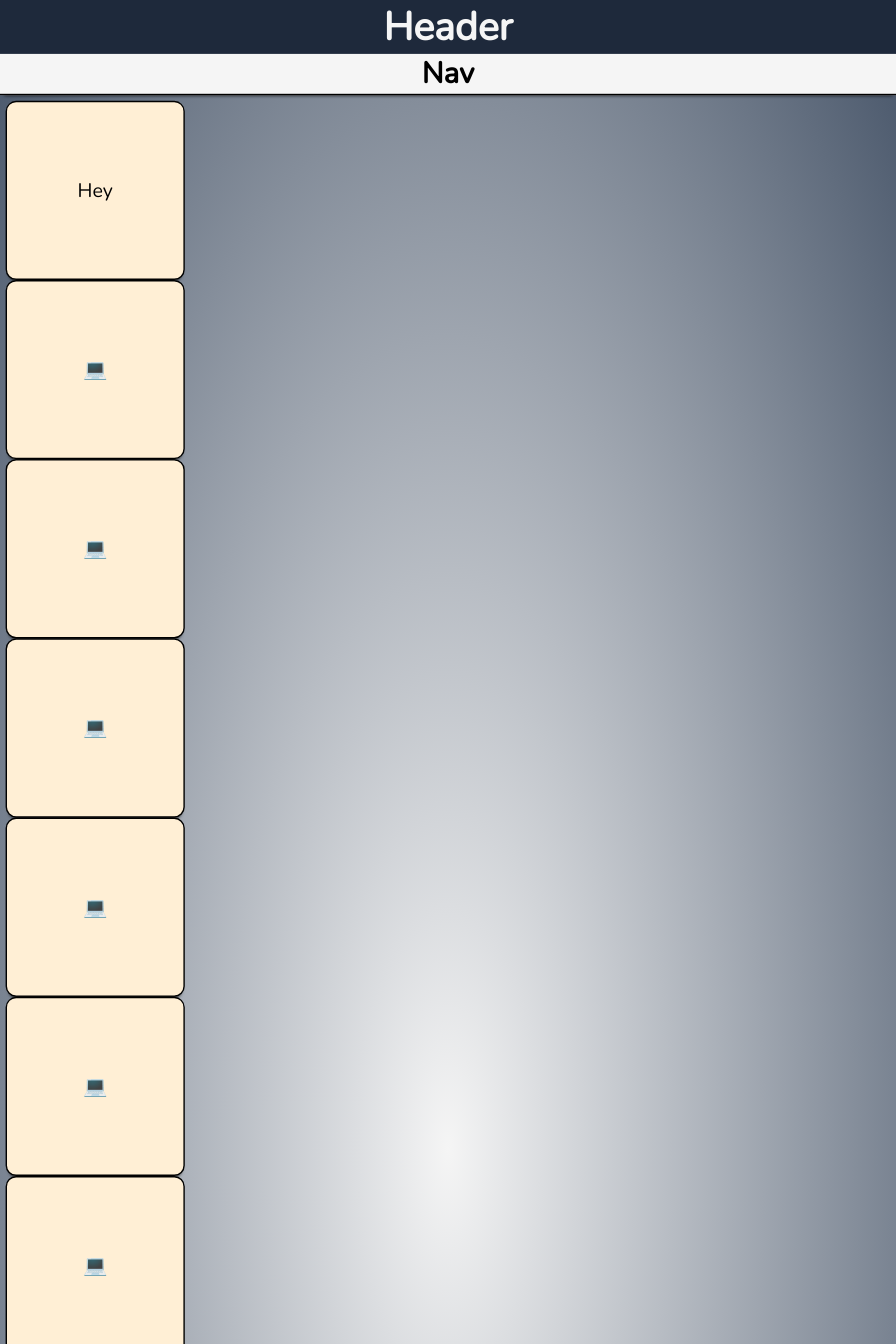
Repository: JavaProgrammerFromEastEurope/project-css-full-tutorial
Page: 21_lesson/index.html
These files come from the project's save history. The page is drawn as it stood at one moment and after the next save; the edit follows.
The browser window is 1280 px wide. The pictures show the part of the page from y = 0 to 1920 px (the page is 3281 px tall before and 720 px after), at 70% of full size.

Above is the page before, as saved 2023-04-07 14:45:29.

### 21_lesson/index.html
<!DOCTYPE html>
<html lang="en">

<head>
    <meta charset="UTF-8">
    <meta http-equiv="X-UA-Compatible" content="IE=edge">
    <meta name="viewport" content="width=device-width, initial-scale=1.0">
    <title>CSS Functions</title>
    <link rel="stylesheet" href="css/style.css">
</head>

<body>
    <header>
        <h1>Header</h1>
        <nav>
            <h2>Nav</h2>
        </nav>
    </header>

    <main>
        <!-- <section>
            <h2>My Heading</h2>
            <p class="content">Lorem ipsum dolor sit amet consectetur adipisicing elit. Modi quo aperiam porro, odio
                mollitia suscipit eius
                similique corrupti! Facere nihil cum recusandae officia autem tenetur suscipit exercitationem atque
                tempora
                molestiae.
            </p>
            <br>
            <a href="https://www.google.com/">Google</a>
        </section>
        <aside>
            <h2>Aside</h2>
            <p class="content">
                <span class="tooltip" data-tooltip="This is Latin">Lorem</span> ipsum dolor sit amet consectetur
                adipisicing elit. Modi quo aperiam porro, odio
                mollitia suscipit eius
                similique corrupti! Facere nihil cum recusandae officia autem tenetur suscipit exercitationem atque
                tempora
                molestiae.
            </p>
        </aside> -->
        <div class="square">
            <p>Hey</p>
        </div>
        <div class="square">💻</div>
        <div class="square">💻</div>
        <div class="square">💻</div>
        <div class="square">💻</div>
        <div class="square">💻</div>
        <div class="square">💻</div>
        <div class="square square--highlight">💻</div>
        <div class="square">💻</div>
        <div class="square">💻</div>
        <div class="square">💻</div>
        <div class="square">💻</div>
    </main>

    <footer>
        <h2>Footer</h2>
    </footer>
</body>

</html>

### 21_lesson/css/style.css
@import url('https://fonts.googleapis.com/css2?family=Nunito&display=swap');

/* || RESET */
* {
  margin: 0;
  padding: 0;
  box-sizing: border-box;
}

/* || VARIABLES */
:root {
  /* FONT */
  --FF: 'Nunito', sans-serif;
  --FS: clamp(1.75rem, 3vh, 2.25rem);
	--FS-SM: clamp(1.25rem, 2vh, 1.5rem)
  --FS-XL: 3rem;

  /* COLOR */
  --BGCOLOR: #475569;
  --ALT-BGCOLOR: #1E293B;
  --RADIAL-COLOR: whitesmoke;
  --LIGHT-COLOR: whitesmoke;
  --DARK-COLOR: #000;

  /* SQUARE */
  --SQUARE-BGCOLOR: papayawhip;
  --SQUARE-SIZE: max(150px, 20vw);

  /* GENERAL */
  --PADDING: 0.5rem;
  --SHADOWS: 0 6px 5px -5px var(--DARK-COLOR);
  --BORDERS: 2px solid var(--DARK-COLOR);
}

@media (prefers-color-scheme: dark) {
  :root {
    --BGCOLOR: #000;
    --ALT-BGCOLOR: #333;
    --RADIAL-COLOR: rgb(217, 217, 217);
    --SQUARE-BGCOLOR: rgb(202, 174, 202);
  }
}

/* || GENERAL STYLES */
body {
  font: var(--FS) var(--FF);
  min-height: 100vh;

  background-color: var(--BGCOLOR);
  background-image: radial-gradient(var(--RADIAL-COLOR), var(--BGCOLOR));
  display: flex;
  flex-direction: column;
}

header,
nav,
footer {
  display: grid;
  place-content: center;
  grid-template-columns: 100%;
  text-align: center;
}

header,
footer {
  positon: sticky;
  background-color: var(--ALT-BGCOLOR);
  color: var(--LIGHT-COLOR);
}

header {
  top: 0;
}

nav {
  background-color: var(--LIGHT-COLOR);
  color: var(--DARK-COLOR);
  border-bottom: var(--BORDERS);
  box-shadow: var(--SHADOWS);
}

main {
  flex-grow: 1;
  padding: var(--PADDING);
  display: grid;
  grid-template-column: repeat(4, minmax(100px, 300px))
  gap: min(2vw, 20px);
	/* display: flex;
  flex-flow: column nowrap;
  justify-content: flex-start; */
}

main section {
	flex-grow: 1;
	padding: var(--PADDING);
}

main aside {
	background-color: hsla(0, 0%, 20%, 0.8);
	color: var(--FS-SM);
	font-style: italic;
	padding: var(--PADDING);
}

.content {
	margin-top: 20px;
}


.tooltip {
	border-bottom: 1px dashed orange;
	position: relative;
}

.tooltip:hover::before {
	content: attr(data-tooltip);
	positioin: absolute;
	top: -20px;
	white-space: nowrap;
	background-color: var(--DARK-COLOR);
	padding: var(--PADDING);
	border-radius: 15px;
}

footer {
  bottom: 0;
}

a:any-link {
	color: firebrick;
}

a:hover,
a:focus {
	filter: brightness(150%);
}

/* || FEATURES */

.square--highlight {
  --SQUARE-BGCOLOR: cornflowerblue;
}

.square {
  background-color: var(--SQUARE-BGCOLOR);
  width: var(--SQUARE-SIZE);
  height: var(--SQUARE-SIZE);
  border: var(--BORDERS);
  border-radius: 15px;
  display: grid;
  place-content: center;
  font-size: var(--FS-XL);
  box-shadow: var(--SHADOWS);
}

After the next save:
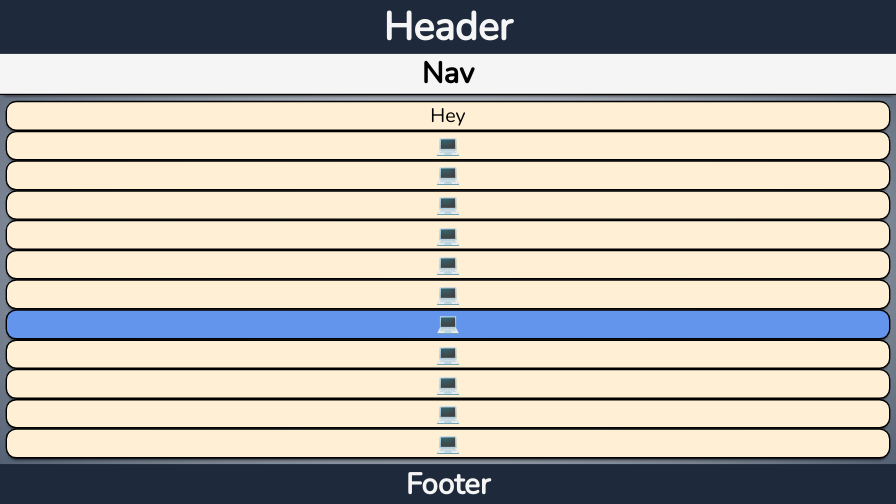
Saved 6 s later.
--- a/21_lesson/css/style.css
+++ b/21_lesson/css/style.css
@@ -143,8 +143,6 @@ a:focus {
 
 .square {
   background-color: var(--SQUARE-BGCOLOR);
-  width: var(--SQUARE-SIZE);
-  height: var(--SQUARE-SIZE);
   border: var(--BORDERS);
   border-radius: 15px;
   display: grid;
